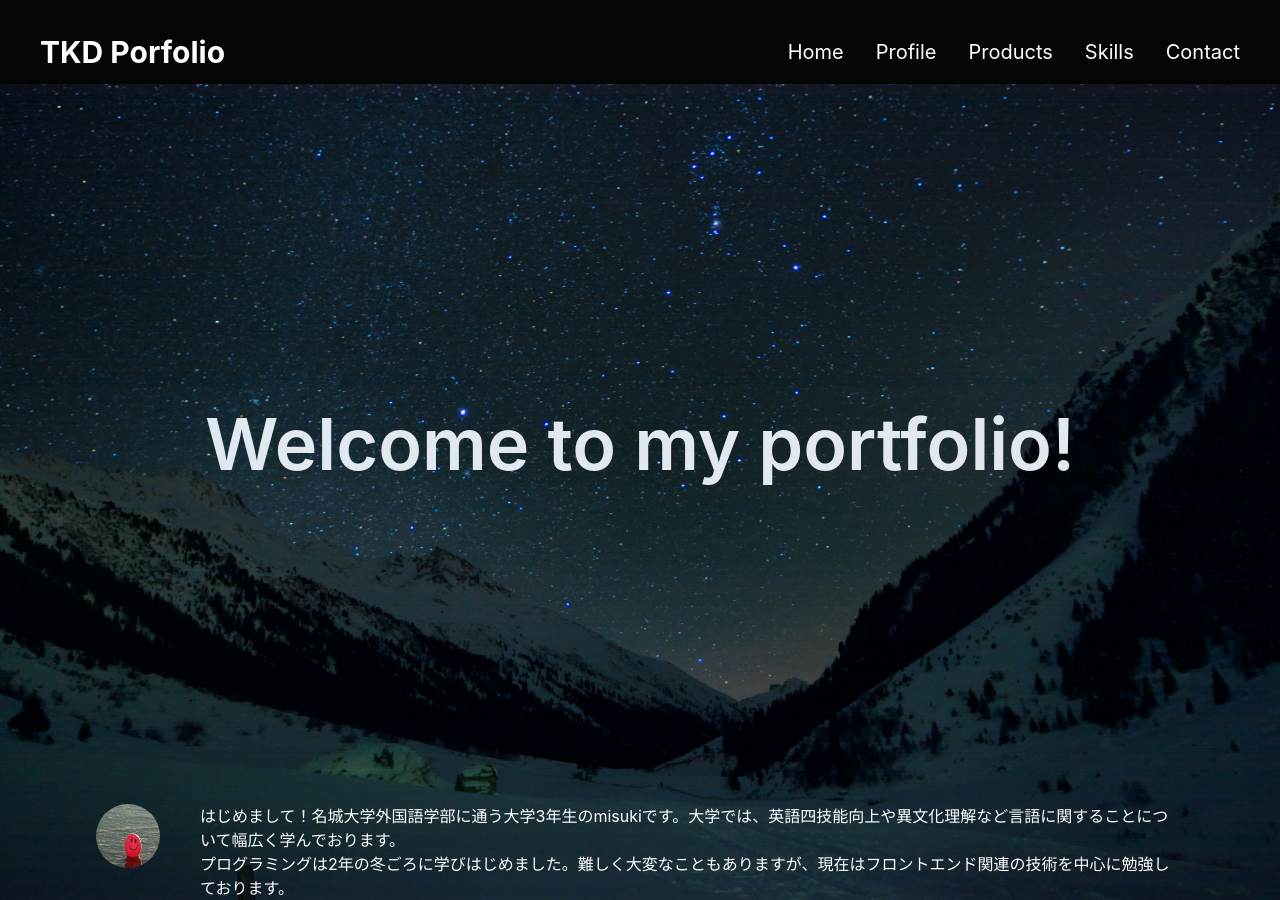
Repository: MitukiTakada/todo-aplication
Page: / (app in design/dev/react-tailwind/react-tailwind/)
These files come from the project's save history. The page is drawn as it stood at one moment and after the next save; the edit follows.
The browser window is 1280 px wide. The pictures show the whole page.
The project was rebuilt for these pictures with package versions that can differ from the ones it lists, and the page was loaded fresh each time. Also part of the build but not shown: design/dev/react-tailwind/react-tailwind/src/components/Contact.jsx, design/dev/react-tailwind/react-tailwind/src/components/Products.jsx, design/dev/react-tailwind/react-tailwind/src/components/Profile.jsx, design/dev/react-tailwind/react-tailwind/src/components/Skills.jsx.

Above is the page before, as saved 2022-11-19 14:53:55.

### design/dev/react-tailwind/react-tailwind/public/index.html
<!DOCTYPE html>
<html lang="en">
  <head>
    <meta charset="utf-8" />
    <link rel="icon" href="%PUBLIC_URL%/favicon.ico" />
    <meta name="viewport" content="width=device-width, initial-scale=1" />
    <meta name="theme-color" content="#000000" />
    <meta
      name="description"
      content="Web site created using create-react-app"
    />
    <link rel="apple-touch-icon" href="%PUBLIC_URL%/logo192.png" />
    <link rel ="stylesheet" href="https://cdnjs.cloudflare.com/ajax/libs/font-awesome/5.15.3/css/all.min.css">
    <!--
      manifest.json provides metadata used when your web app is installed on a
      user's mobile device or desktop. See https://developers.google.com/web/fundamentals/web-app-manifest/
    -->
    <link rel="manifest" href="%PUBLIC_URL%/manifest.json" />
    <!--
      Notice the use of %PUBLIC_URL% in the tags above.
      It will be replaced with the URL of the `public` folder during the build.
      Only files inside the `public` folder can be referenced from the HTML.

      Unlike "/favicon.ico" or "favicon.ico", "%PUBLIC_URL%/favicon.ico" will
      work correctly both with client-side routing and a non-root public URL.
      Learn how to configure a non-root public URL by running `npm run build`.
    -->
    <title>React App</title>
  </head>
  <body>
    <noscript>You need to enable JavaScript to run this app.</noscript>
    <div id="root"></div>
    <!--
      This HTML file is a template.
      If you open it directly in the browser, you will see an empty page.

      You can add webfonts, meta tags, or analytics to this file.
      The build step will place the bundled scripts into the <body> tag.

      To begin the development, run `npm start` or `yarn start`.
      To create a production bundle, use `npm run build` or `yarn build`.
    -->
  </body>
</html>

### design/dev/react-tailwind/react-tailwind/src/index.jsx
import React from 'react';
import ReactDOM from 'react-dom/client';
import './index.css';
import App from './App';
import reportWebVitals from './reportWebVitals';
import { BrowserRouter } from 'react-router-dom';
import { ChakraProvider } from '@chakra-ui/provider';

const root = ReactDOM.createRoot(document.getElementById('root'));
root.render(
  <React.StrictMode>
    <BrowserRouter>
        <ChakraProvider>
          <App />
        </ChakraProvider>
    </BrowserRouter>
  </React.StrictMode>
);

// If you want to start measuring performance in your app, pass a function
// to log results (for example: reportWebVitals(console.log))
// or send to an analytics endpoint. Learn more: https://bit.ly/CRA-vitals
reportWebVitals();

### design/dev/react-tailwind/react-tailwind/src/App.jsx
import { BrowserRouter, Routes, Route } from "react-router-dom";
import Contact from "./components/Contact";
import Header from "./components/Header";
import Home from "./components/Home";
import Products from "./components/Products";
import Profile from "./components/Profile";
import Skills from "./components/Skills";


function App() {
  return (
    <div className=" bg-body  text-white w-full sm:px-0 pt-5">
     <Header />
      <Routes>
        <Route path="/" element={<Home />}/>
        <Route path="/prfole" element={<Profile />}/>
        <Route path="products" element={<Products />}/>
        <Route path="/skills" element={<Skills />}/>
        <Route path="/contact" element={<Contact />}/>
      </Routes>
    </div>
  );
}

export default App;

### design/dev/react-tailwind/react-tailwind/src/components/Header.jsx
import React from 'react'
import { Link } from 'react-router-dom'
import "./output.css"
import Hamburger from './atoms/Hamburger'

const Header = () => {
  return (
    <header className="container flex justify-between  w-full items-center mr-0 relative h-16 px-10">
      <div>
        <h2 className="text-2xl font-bold md:text-3xl">TKD Porfolio</h2>
      </div>
      <nav className="flex space-x-8 text-xl ml-8 items-center hidden md:block">
        <Link to={"/"} className="link">Home</Link>
        <Link to={"/profile"} className="link">Profile</Link>
        <Link to={"/products"} className="link">Products</Link>
        <Link to={"/skills"} className="link">Skills</Link>
        <Link to={"/contact"} className="link">Contact</Link>
      </nav>
      <Hamburger className="md:hidden absolute right-3"/>
    </header>
  )
}

export default Header

### design/dev/react-tailwind/react-tailwind/src/components/Home.jsx
import React from 'react'
import mainImage from "../images/main-image.jpeg"
import "./Home.css";
import userImage from "../images/user.jpg"

const Home = () => {
  return (
    <div className="home ">
      <div className="items-center ">
        <h1 className=" font-semibold text-3xl 100v text-center text-slate-200 lg:text-7xl md:text-5xl">Welcome to my portfolio!</h1>
      </div>
      <div className="flex mx-auto px-24 space-x-10">
        <img src={userImage} alt="" className="h-16 w-16 rounded-full"/>
        <p>
          はじめまして！名城大学外国語学部に通う大学3年生のmisukiです。大学では、英語四技能向上や異文化理解など言語に関することについて幅広く学んでおります。
          <br />
          プログラミングは2年の冬ごろに学びはじめました。難しく大変なこともありますが、現在はフロントエンド関連の技術を中心に勉強しております。
        </p>
      </div>
    </div>
  )
}

export default Home

### design/dev/react-tailwind/react-tailwind/src/components/output.css
.link {
  @apply hover:text-purple-400 transition-all duration-300;
}
.drawer-link {
  @apply hover:text-purple-400 transition-all duration-300 text-xl block text-center my-3;
}
.contact-btn {
  @apply bg-purple-500 font-bold text-xl px-3 py-2 rounded border-none hover:bg-purple-800 duration-300 transition-all mt-10
}
.secondary-title {
  @apply text-3xl font-bold;
}
.secondary-title::before {
  content: "";
  @apply block w-12 h-2 bg-purple-400 rounded-full mb-1;
}

.section-paragraph {
  @apply text-secondary my-6 w-full max-w-3xl
}

.badge {
  @apply px-4 py-2 text-sm rounded bg-badge block
}

.send-btn {
  @apply bg-teal-400 font-bold text-xl px-3 py-2 rounded border-none hover:bg-teal-600 duration-300 transition-all mt-10
}

### design/dev/react-tailwind/react-tailwind/src/components/atoms/Hamburger.jsx
import React from 'react'
import {
  Drawer,
  DrawerBody,
  DrawerOverlay,
  DrawerContent,
  DrawerCloseButton,
  useDisclosure,
  Button
} from '@chakra-ui/react'
import { Link } from 'react-router-dom';
import { HamburgerIcon } from '@chakra-ui/icons';

const Hamburger = () => {
  const { isOpen, onOpen, onClose } = useDisclosure()
  return (
    <div className="md:hidden">
        <HamburgerIcon h={30} w={30} className="hover:text-purple-400 duration-300 transition-all cursor-pointer"
        onClick={onOpen}
        />
        <Drawer isOpen={isOpen} onClose={onClose} placement="left" size="xs">
          <DrawerOverlay>
            <DrawerContent>
              <DrawerBody className="w-2/5 bg-slate-200 h-full p-12">
                <div className="z-20 space-y-5 text-xl">
                  <Link to={"/"} className="link drawer-link">Home</Link>
                  <Link to={"/profile"} className="link drawer-link">Profile</Link>
                  <Link to={"/products"} className="link drawer-link">Products</Link>
                  <Link to={"/skills"} className="link drawer-link">Skills</Link>
                  <Link to={"/contact"} className="link drawer-link">Contact</Link>
                  <DrawerCloseButton className="text-white text-md  p-2 rounded mt-15 mx-auto bg-red-400 transition-all duration-300 hover:bg-red-700 ">閉じる</DrawerCloseButton>
                </div>
              </DrawerBody>
            </DrawerContent>
          </DrawerOverlay>
        </Drawer>
      </div>
  )
}

export default Hamburger

### design/dev/react-tailwind/react-tailwind/src/components/Home.css
.home {
  background-image: url(../images/mountain.jpeg);
  background-position: center;
  background-size: cover;
  height: 100%;
  width: 100%;
}

.home h1 {
  line-height: 100vh;
  align-items: center;
}

### design/dev/react-tailwind/react-tailwind/tailwind.config.js
/** @type {import('tailwindcss').Config} */
module.exports = {
  content: [
    "./src/**/*.{js,jsx,ts,tsx}",
  ],
  theme: {
    extend: {

      colors: {
        body: "#050505",
        secondary: "#9191A4",
        badge: "#3F3F51"
      },
      lineHeight: {
        "100v": "100vh"
      }
    },
  },
  plugins: [],
}

Loaded but not shown: design/dev/react-tailwind/react-tailwind/src/index.css (common file); design/dev/react-tailwind/react-tailwind/src/reportWebVitals.js (common file)

After the next save:
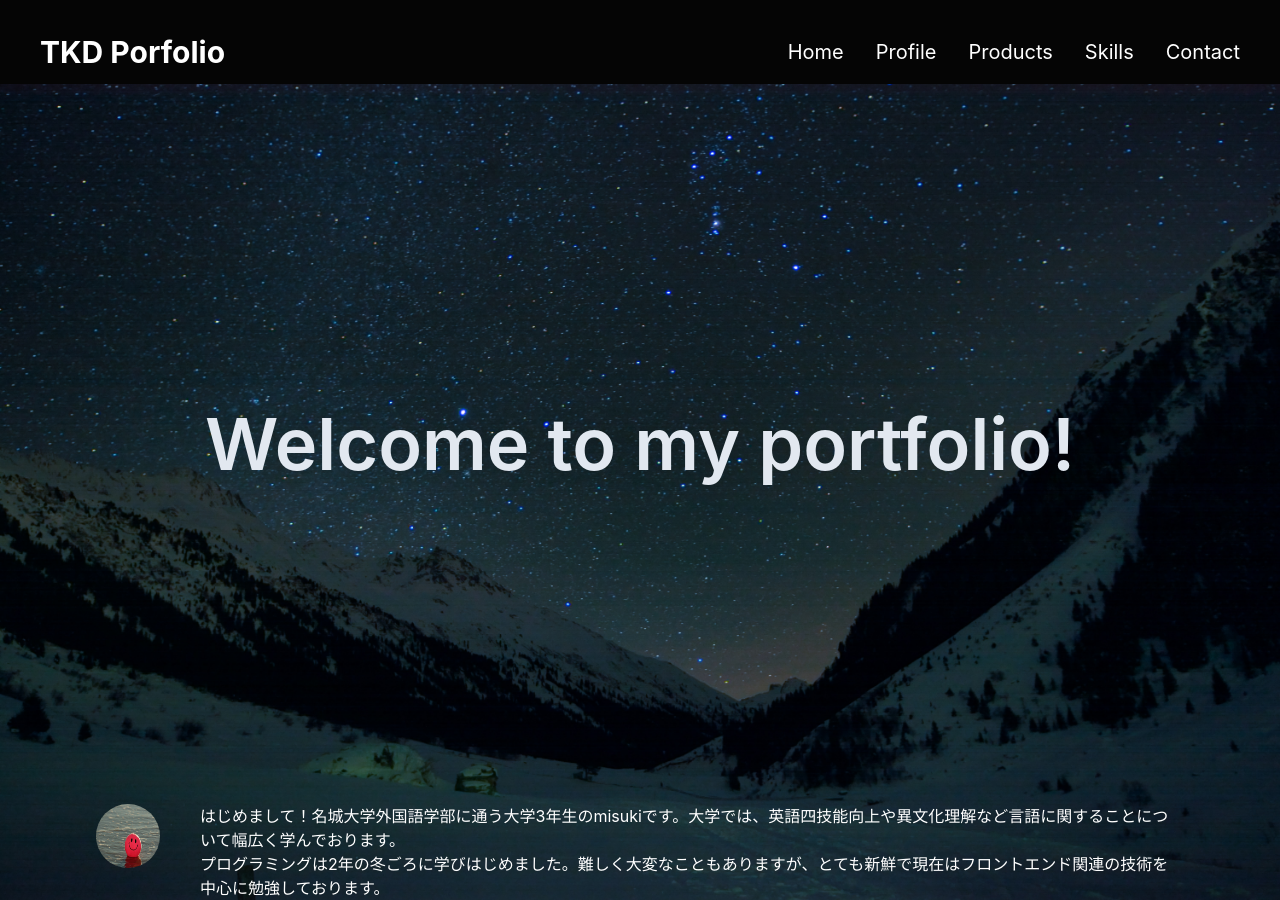
Saved 26 s later.
--- a/design/dev/react-tailwind/react-tailwind/src/components/Home.jsx
+++ b/design/dev/react-tailwind/react-tailwind/src/components/Home.jsx
@@ -14,7 +14,7 @@ const Home = () => {
         <p>
           はじめまして！名城大学外国語学部に通う大学3年生のmisukiです。大学では、英語四技能向上や異文化理解など言語に関することについて幅広く学んでおります。
           <br />
-          プログラミングは2年の冬ごろに学びはじめました。難しく大変なこともありますが、現在はフロントエンド関連の技術を中心に勉強しております。
+          プログラミングは2年の冬ごろに学びはじめました。難しく大変なこともありますが、とても新鮮で現在はフロントエンド関連の技術を中心に勉強しております。
         </p>
       </div>
     </div>
